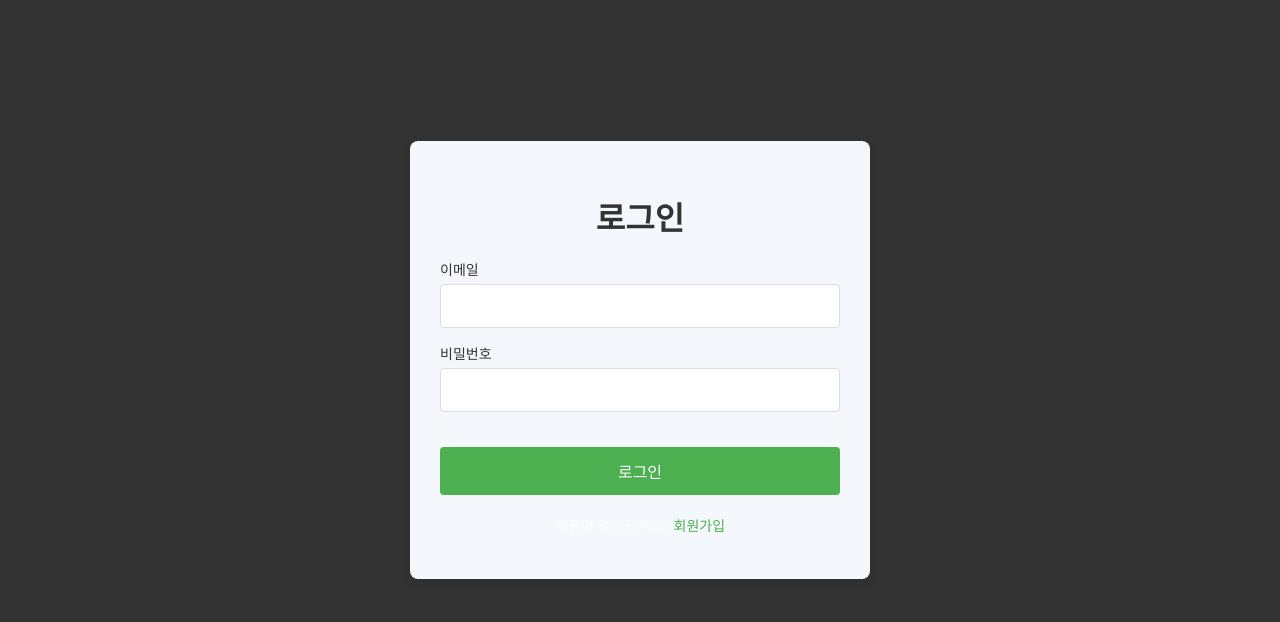
Repository: WebPro123123/register
Page: http://localhost/WebProject/
The author's editor kept a copy of each file at every save. The page is drawn from the files as they stood at one save, then again after the next save.
The browser window is 1280 px wide. The pictures show the whole page.
The page is served by Tomcat 9.

Above is the page before, as saved 2024-11-17 09:13:52.

After the next save:
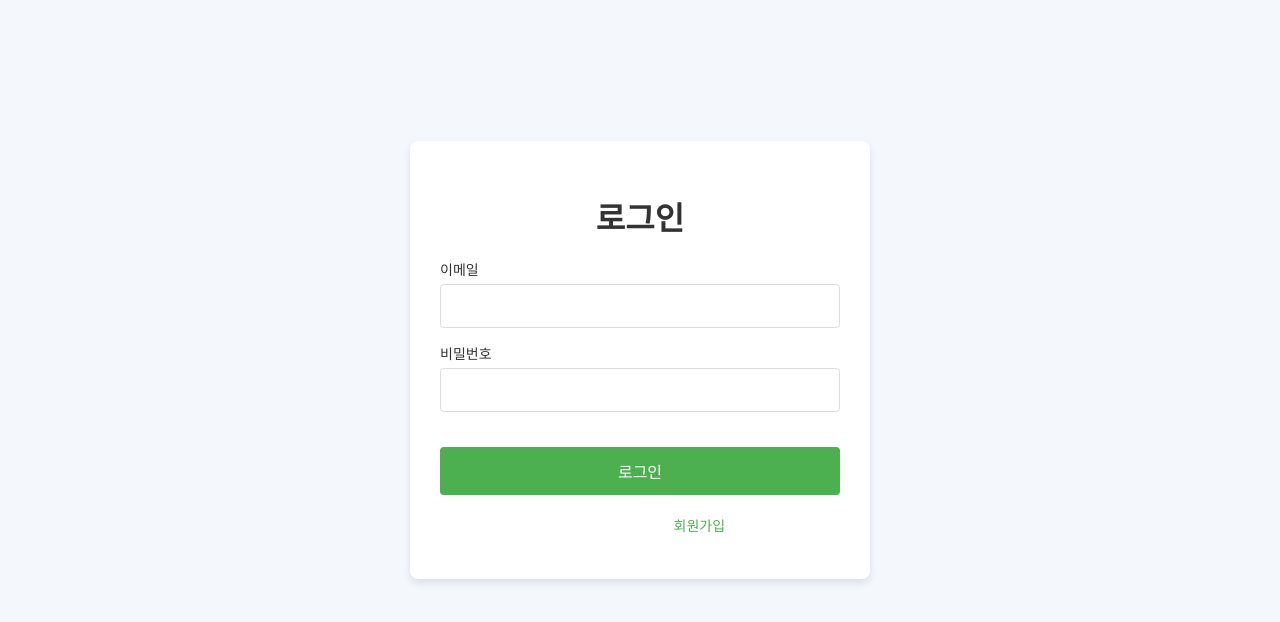
Saved 14 s later.
--- a/WebProject/src/main/webapp/login.jsp
+++ b/WebProject/src/main/webapp/login.jsp
@@ -11,7 +11,7 @@
     <style>
         body {
             font-family: Arial, sans-serif;
-            background-color: #333;
+            background-color: #f4f7fc;
             color: #fff;
             margin: 0;
             padding: 0;
@@ -22,7 +22,7 @@
         }
 
         .login-container {
-            background-color: #f4f7fc;
+            background-color: #fff;
             padding: 30px;
             border-radius: 8px;
             box-shadow: 0 4px 8px rgba(0, 0, 0, 0.1);
